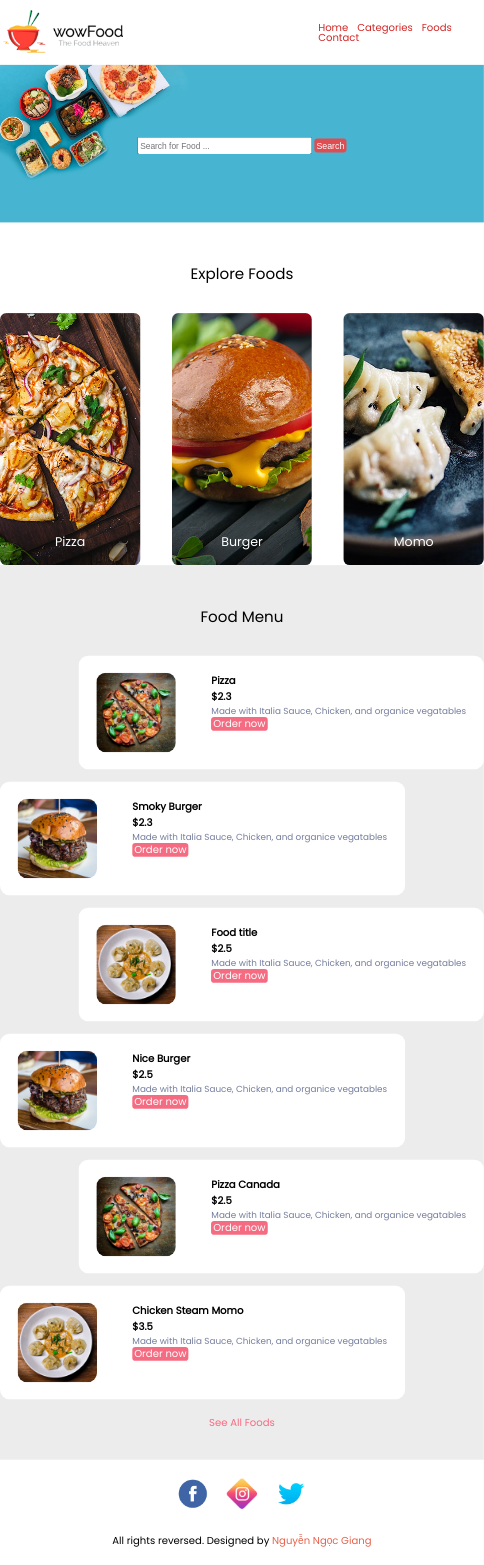
Repository: ruaruababa/WowFood
Page: index.html
An editor plug-in stored every save of this project. The page is shown before and after the next save, followed by the edit.
The browser window is 768 px wide. The pictures show the whole page, at 63% of full size.

Above is the page before, as saved 2021-09-18 15:57:40.

After the next save:
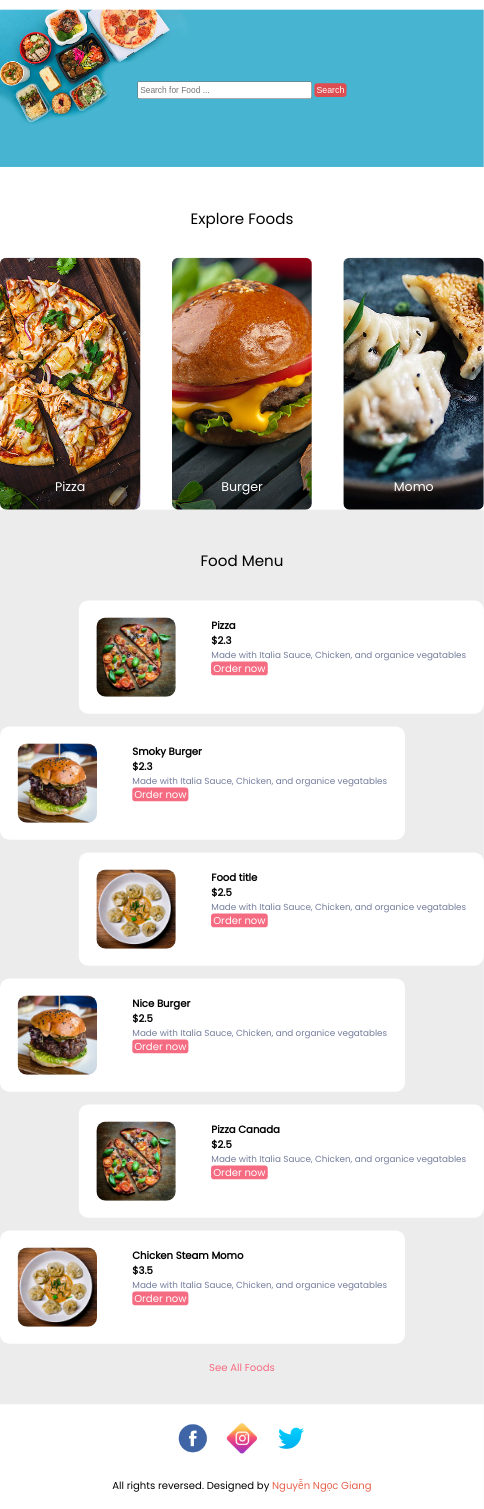
Saved 5 s later.
--- a/style.css
+++ b/style.css
@@ -290,6 +290,6 @@ article {
 
 @media screen and (max-width: 811px) {
     .container-header{
-        position: ;
+        position: fixed;
     }
 }
